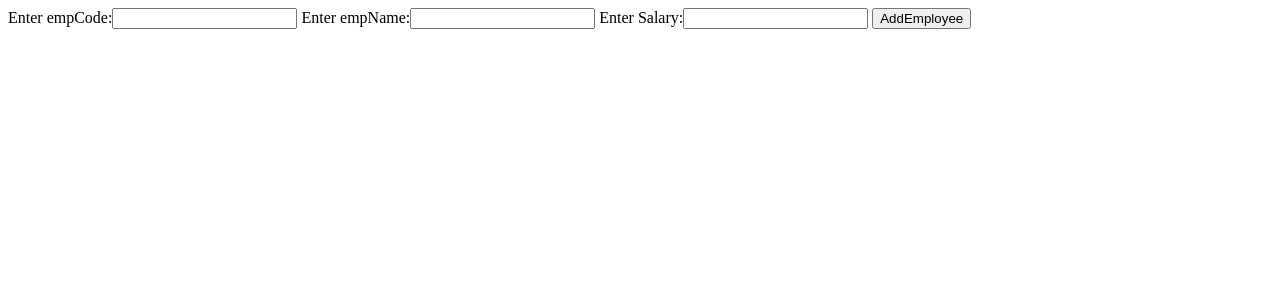
Repository: SravyaChunduri/workspace
Page: http://localhost/DAY15_DAO_/AddEmployee.jsp
An editor plug-in stored every save of this project. The page is shown before and after the next save, followed by the edit.
The browser window is 1280 px wide. The pictures show the whole page.
The page is served by Tomcat 9.

Above is the page before, as saved 2015-08-11 07:10:31.

After the next save:
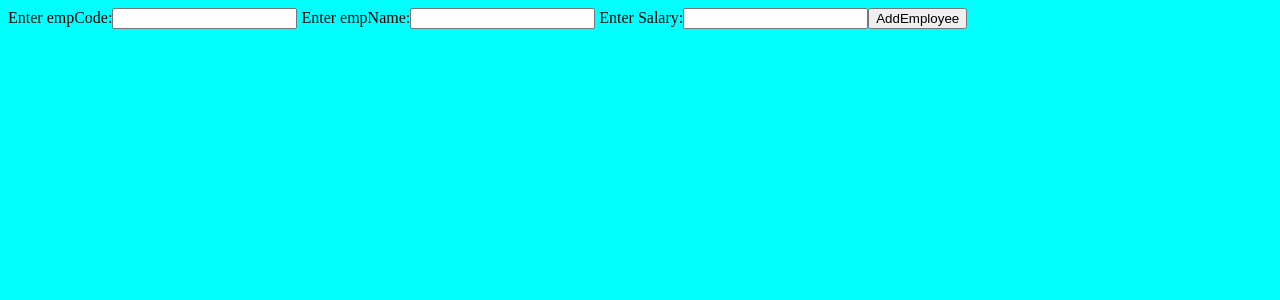
Saved 7 min 56 s later.
--- a/DAY15(DAO)/WebContent/AddEmployee.jsp
+++ b/DAY15(DAO)/WebContent/AddEmployee.jsp
@@ -6,13 +6,14 @@
 <meta http-equiv="Content-Type" content="text/html; charset=ISO-8859-1">
 <title>Insert title here</title>
 </head>
-<body>
+<body bgcolor="cyan">
 <form action="AddEmployee">
+<table align="center">
 Enter empCode:<input type="text" name="empCode">
 Enter empName:<input type="text" name="empName">
 Enter Salary:<input type="text" name="salary">
 <input type="submit" value="AddEmployee">
-
+</table>
 </form>
 
 </body>
